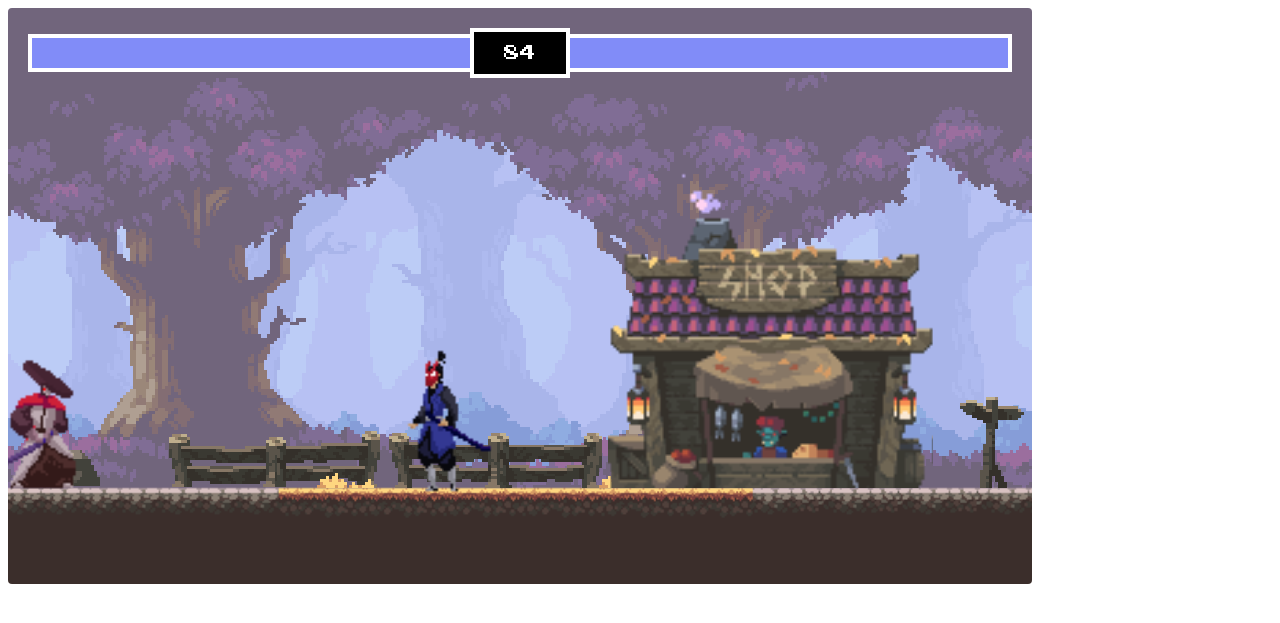
Repository: LuizAGDomingues/js-fighting-game
Page: index.html
An editor plug-in stored every save of this project. The page is shown before and after the next save, followed by the edit.
The browser window is 1280 px wide. The pictures show the whole page.

Above is the page before, as saved 2022-12-23 21:14:49.

After the next save:
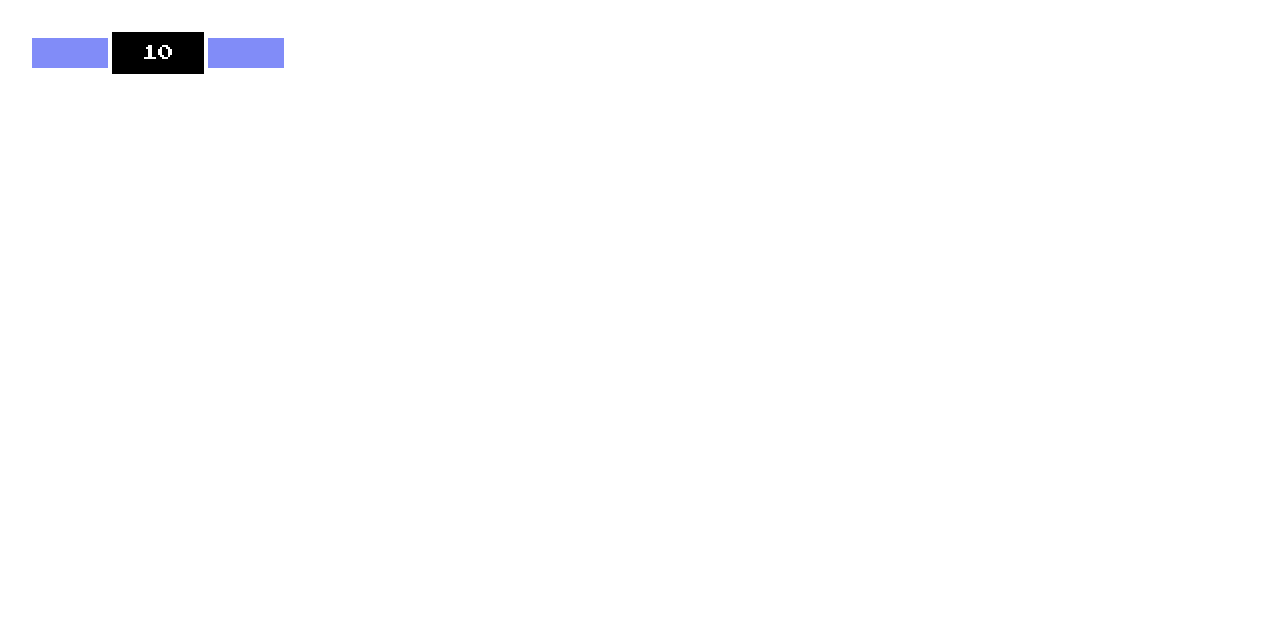
Console error: SyntaxError: Unexpected token ')'
Saved 6 s later.
--- a/src/main.js
+++ b/src/main.js
@@ -204,7 +204,7 @@
   enemy.velocity.x = 0
 
   // player movement
-  if(keys.a.pressed && player.lastKey === 'a' && player.position.x >= 0 && player.image ) {
+  if(keys.a.pressed && player.lastKey === 'a' && player.position.x >= 0 && player.image != ) {
     player.velocity.x = -5
     player.switchSprite('run')
   } else if(keys.d.pressed && player.lastKey === 'd' && player.position.x <= canvas.width - 60) {

After the 3 saves that followed:
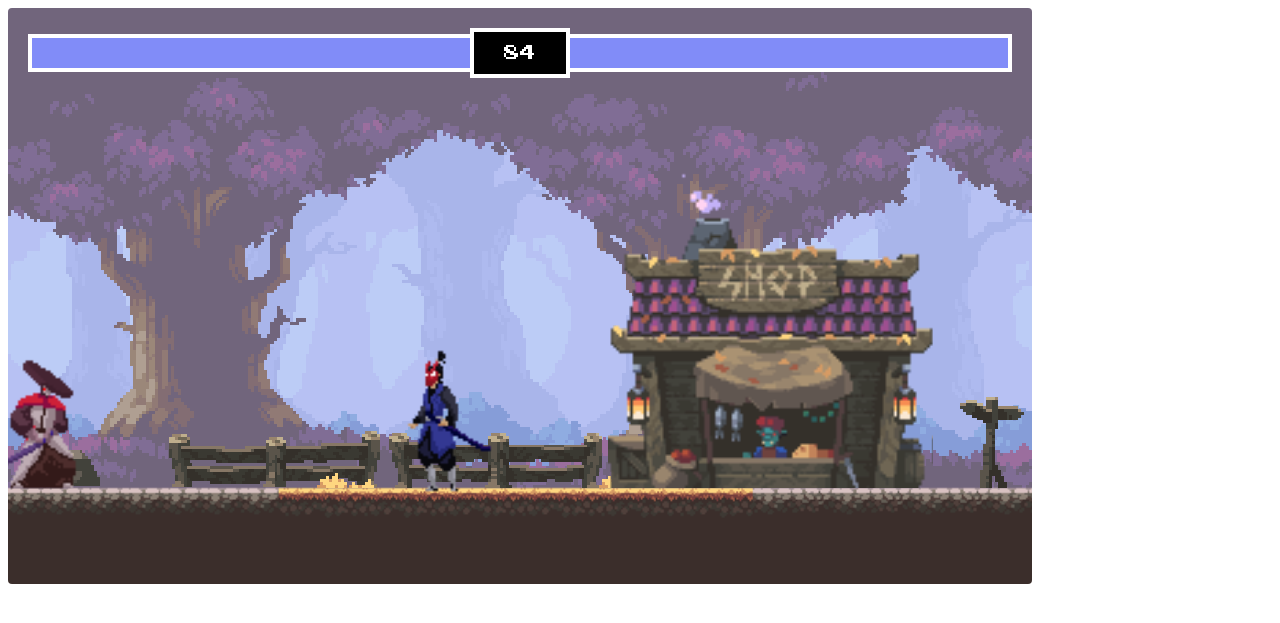
The error is gone.
The 3 saves are shown as one change because they came seconds apart.
The last was saved 28 s later.
--- a/src/main.js
+++ b/src/main.js
@@ -204,7 +204,7 @@
   enemy.velocity.x = 0
 
   // player movement
-  if(keys.a.pressed && player.lastKey === 'a' && player.position.x >= 0 && player.image != ) {
+  if(keys.a.pressed && player.lastKey === 'a' && player.position.x >= 0 && player.image != player.sprites.attack1.image) {
     player.velocity.x = -5
     player.switchSprite('run')
   } else if(keys.d.pressed && player.lastKey === 'd' && player.position.x <= canvas.width - 60) {
